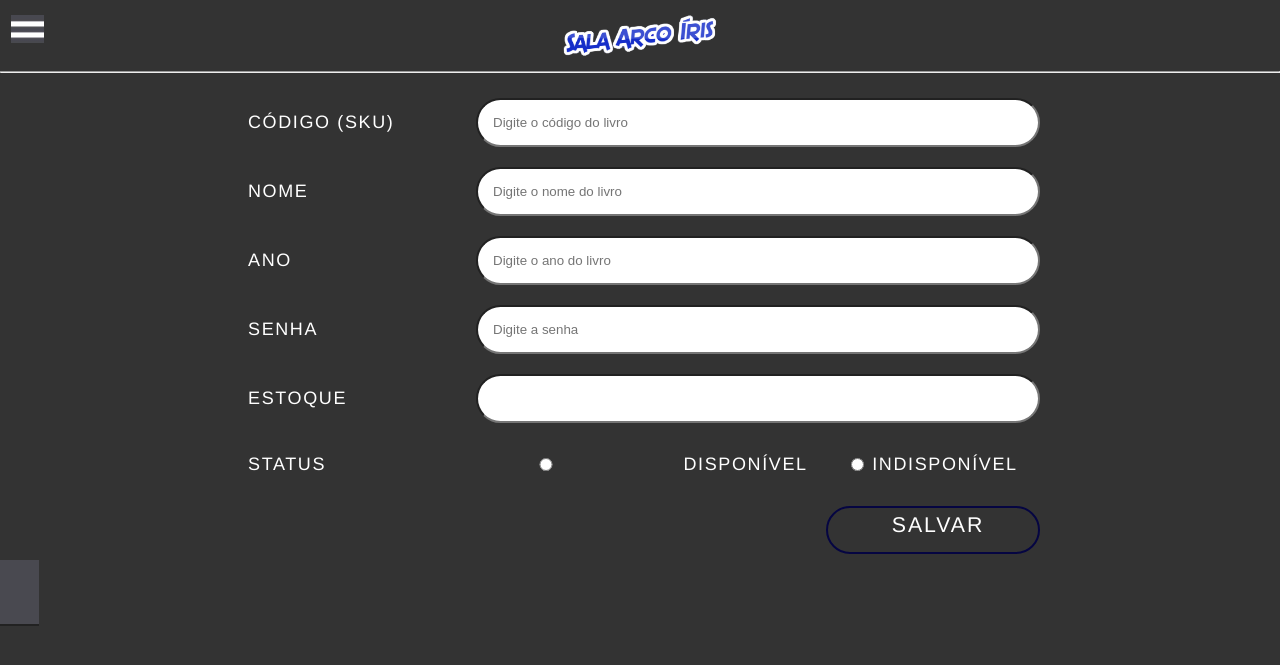
Repository: yuriandreisilva/projeto-individual-senai
Page: SalaArcoIris/WebContent/pages/cadastroLivro.html
An editor plug-in stored every save of this project. The page is shown before and after the next save, followed by the edit.
The browser window is 1280 px wide. The pictures show the whole page.
The page's requests for data from a server got no answer.

Above is the page before, as saved 2020-12-14 17:10:56.

After the next save:
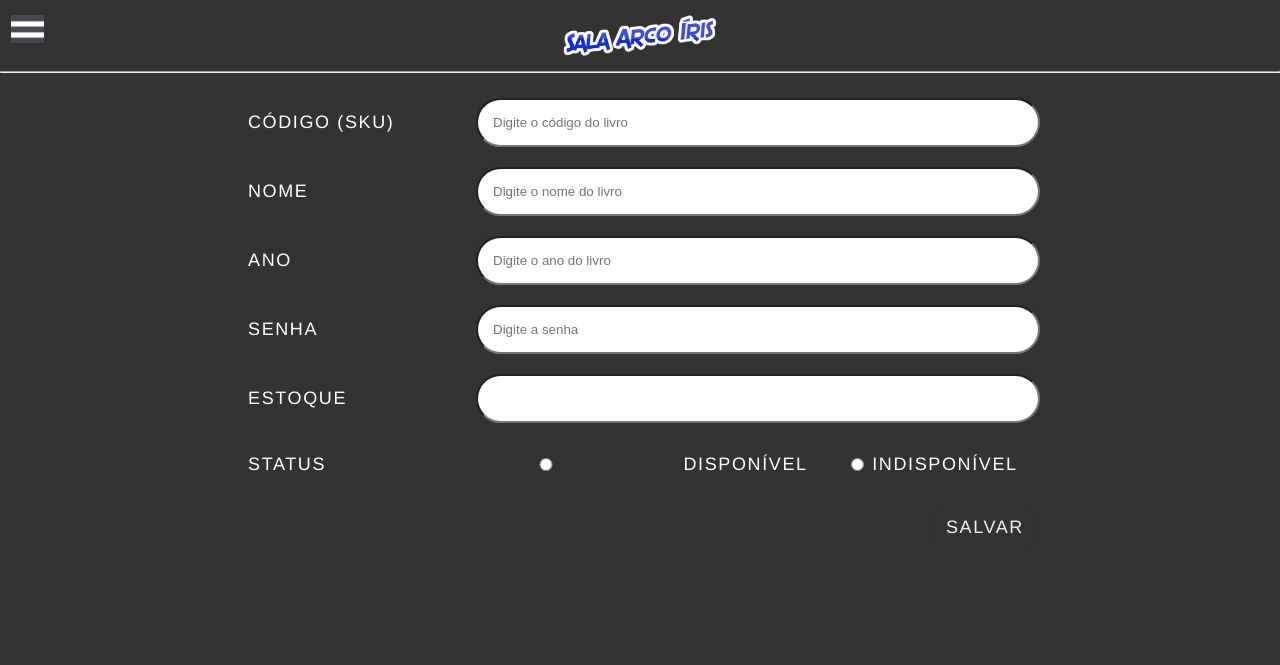
Saved 34 s later.
--- a/SalaArcoIris/WebContent/css/formularios.css
+++ b/SalaArcoIris/WebContent/css/formularios.css
@@ -88,7 +88,7 @@ select {
 
 }
 
-.corpo button[type="submit"], a{
+.corpo button[type="submit"], .corpo a[type:="submit"]{
     background-color: transparent;
     color: white;
     display: block;
